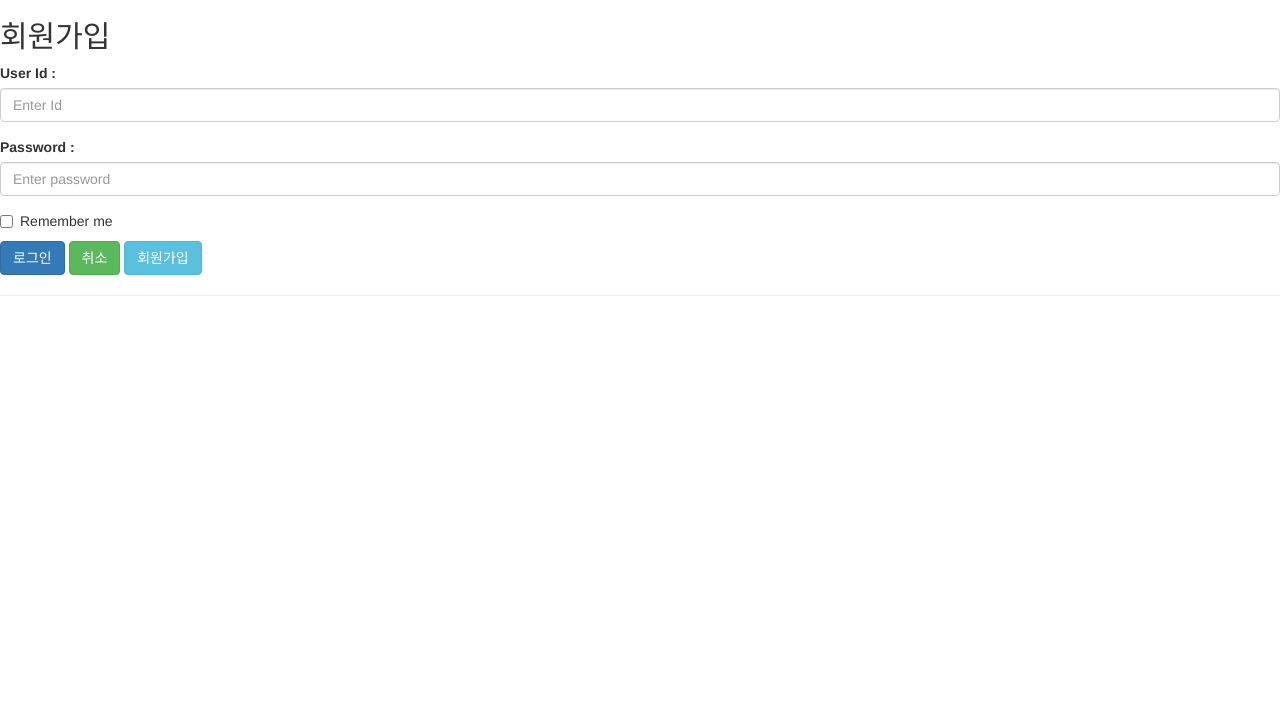
Repository: yjeongyjeong/jsp
Page: http://localhost/web-study-09-re/member/join.jsp
These files come from the project's save history. The page is drawn as it stood at one moment and after the next save; the edit follows.
The browser window is 1280 px wide. The pictures show the whole page.
The page is served by Tomcat 9. Other server files are loaded and not shown.

Above is the page before, as saved 2023-10-16 06:22:25.

### web-study-09-re/src/main/webapp/member/join.jsp
<%@ page language="java" contentType="text/html; charset=UTF-8"
	pageEncoding="UTF-8"%>
<!DOCTYPE html>
<html>
<head>
<meta charset="UTF-8">
<meta charset="utf-8">
<meta name="viewport" content="width=device-width, initial-scale=1">
<link rel="stylesheet"
	href="https://maxcdn.bootstrapcdn.com/bootstrap/3.4.1/css/bootstrap.min.css">
<script
	src="https://ajax.googleapis.com/ajax/libs/jquery/3.6.4/jquery.min.js"></script>
<script
	src="https://maxcdn.bootstrapcdn.com/bootstrap/3.4.1/js/bootstrap.min.js"></script>
<script type="text/javascript" src="./script/member.js"></script>
<!-- . -> 이 폴더 빠져나가서 /들어가라고 -->

<title>Insert title here</title>
</head>
<body>
	<h2>회원가입</h2>
	<form action="login.do" method="post" name="frm"><!-- 서블릿으로 보냄 폼태그?컨텍스트패스?쿼리스트링?은 login.do가 되고 서블릿에서 post로 받도록 함 name도 지정함(js)에서 사용-->
		<div class="form-group">
			<label for="userid">User Id :</label> <input type="text"
				class="form-control" id="userid" placeholder="Enter Id"
				name="userid">
		</div>
		<div class="form-group">
			<label for="pwd">Password : </label> <input type="password"
				class="form-control" id="pwd" placeholder="Enter password"
				name="pwd">
		</div>
		<div class="checkbox">
			<label><input type="checkbox" name="remember">
				Remember me</label>
		</div>
		<button type="submit" class="btn btn-primary" onclick="return loginCheck()">로그인</button> <!-- 클릭 시 loginCheck()라는 js파일이 실행되도록 함 : 로그인 함수?메서드? -->
		<button type="reset" class="btn btn-success">취소</button>
		<button type="button" class="btn btn-info" onclick="location.href='join.do'">회원가입</button><!-- 클릭 시 join.do로 가도록 함 -->
		<hr>
		<h4 style="color: red;">${message}</h4>



	</form>

</body>
</html>

### web-study-09-re/src/main/webapp/script/member.js
function loginCheck(){
/*근데 스페이스바 입력하면 데이터 넘어가게되므로 나중에 잘 막어줘야함 -> or조건으로 넣어봄ㅎㅎ 근데 이러면 스페이스바 여러번 하면 뚫리네 아나...
아스키 코드로 넣어야할가? 하나라도 있으면 안되도록..? 아니면 그냥 아스키로 안하고 하나라도 있으면 안되도록 해도 될거같기도 하고... => js에서 문자열 포함여부 확인 메서드 사용 document.frm.userid.includes(" ") 했는데 암것도 안나옴 아나..*/
	if(document.frm.userid.value.length == 0 || document.frm.userid.value == " "){
		/*frm(jsp파일에서 name으로 줌), userid id로 줌*/
		alert("아이디를 입력하세요.");
		frm.userid.focus();
		return false;
	}
	if(document.frm.pwd.value == "" || document.frm.pwd.value == " "){
		alert("암호를 입력하세요.");
		frm.pwd.focus();/*아무것도 주지 말라고*/
		return false;
	}

}

After the next save:
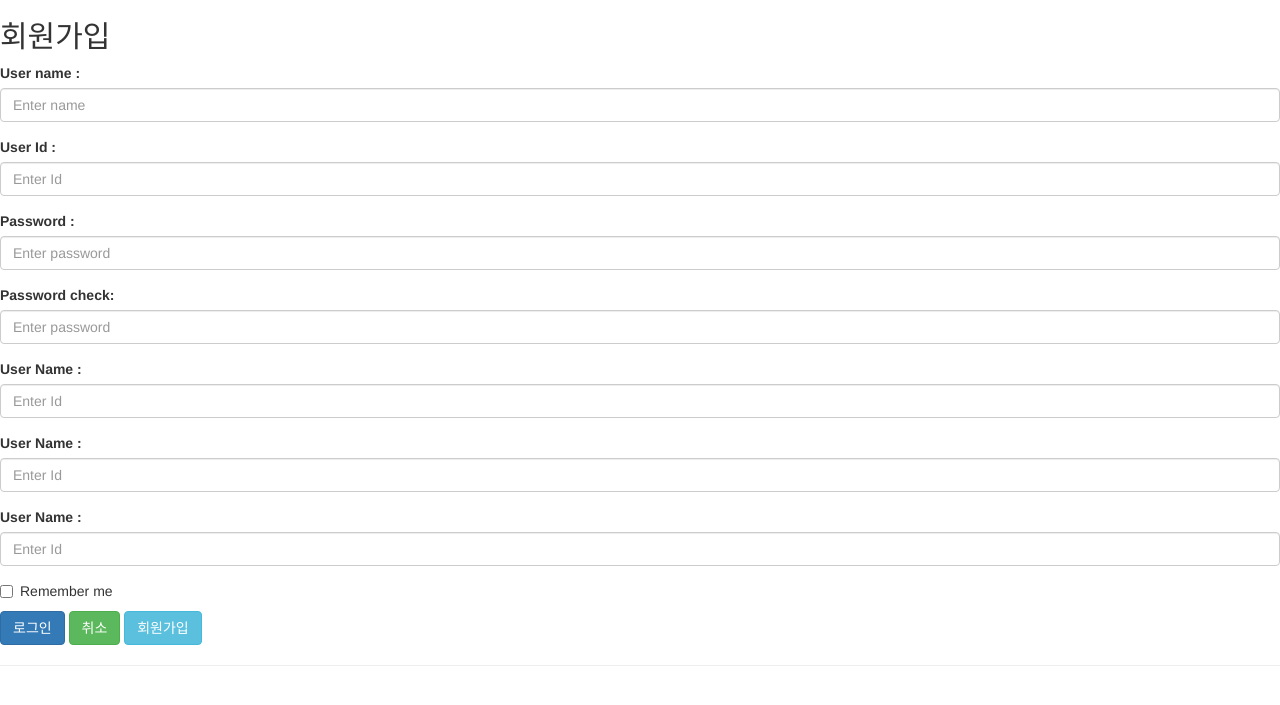
Saved 2 min 26 s later.
--- a/web-study-09-re/src/main/webapp/member/join.jsp
+++ b/web-study-09-re/src/main/webapp/member/join.jsp
@@ -19,7 +19,12 @@
 </head>
 <body>
 	<h2>회원가입</h2>
-	<form action="login.do" method="post" name="frm"><!-- 서블릿으로 보냄 폼태그?컨텍스트패스?쿼리스트링?은 login.do가 되고 서블릿에서 post로 받도록 함 name도 지정함(js)에서 사용-->
+	<form action="join.do" method="post" name="frm"><!-- 서블릿으로 보냄 폼태그?컨텍스트패스?쿼리스트링?은 login.do가 되고 서블릿에서 post로 받도록 함 name도 지정함(js)에서 사용-->
+		<div class="form-group">
+			<label for="name">User name :</label> <input type="text"
+				class="form-control" id="name" placeholder="Enter name"
+				name="name">
+		</div>
 		<div class="form-group">
 			<label for="userid">User Id :</label> <input type="text"
 				class="form-control" id="userid" placeholder="Enter Id"
@@ -29,6 +34,27 @@
 			<label for="pwd">Password : </label> <input type="password"
 				class="form-control" id="pwd" placeholder="Enter password"
 				name="pwd">
+		</div>
+		<div class="form-group">
+			<label for="pwd_check">Password check: </label> <input type="password"
+				class="form-control" id="pwd_check" placeholder="Enter password"
+				name="pwd_check">
+		</div>
+
+		<div class="form-group">
+			<label for="userid">User Name :</label> <input type="text"
+				class="form-control" id="userid" placeholder="Enter Id"
+				name="userid">
+		</div>
+		<div class="form-group">
+			<label for="userid">User Name :</label> <input type="text"
+				class="form-control" id="userid" placeholder="Enter Id"
+				name="userid">
+		</div>
+		<div class="form-group">
+			<label for="userid">User Name :</label> <input type="text"
+				class="form-control" id="userid" placeholder="Enter Id"
+				name="userid">
 		</div>
 		<div class="checkbox">
 			<label><input type="checkbox" name="remember">
